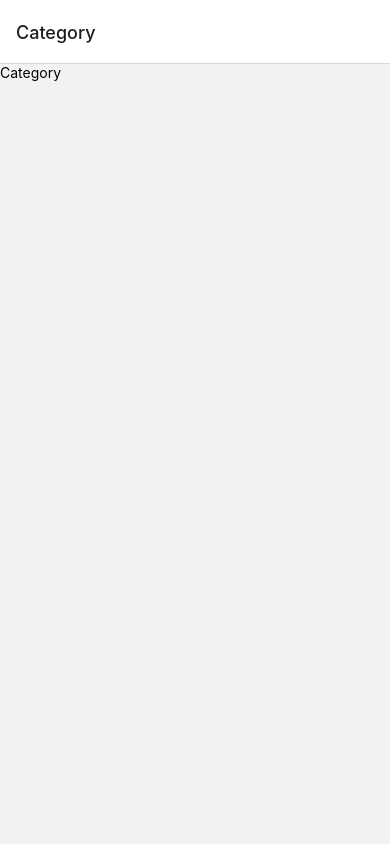
Repository: tammyluu/FullStack_Project
Screen: / (app in meals/)
An editor plug-in stored every save of this project. The screen is shown before and after a run of saves, followed by the edit.
The app was drawn by React Native's web renderer in a window 390 px wide. The project was rebuilt for these pictures with package versions that can differ from the ones it lists, and the page was loaded fresh each time. Also part of the build but not shown: meals/components/Home.js, meals/components/Detail.js.

Above is the screen before, as saved 2023-11-10 10:29:30.

After the next 7 saves:
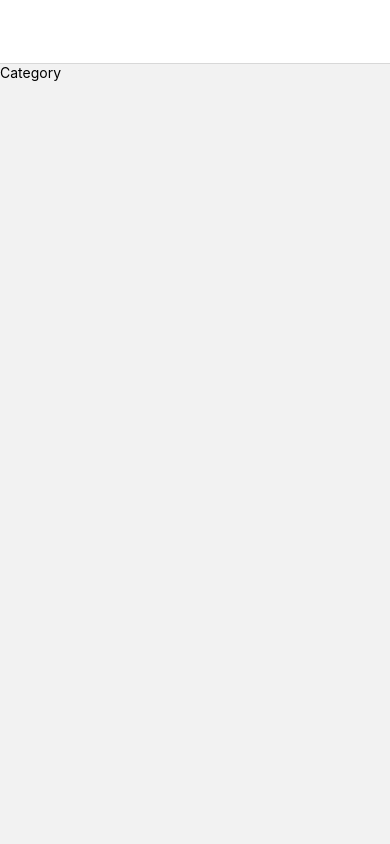
The 7 saves are shown as one change because they came seconds apart.
The last was saved 17 s later.
--- a/meals/App.js
+++ b/meals/App.js
@@ -11,7 +11,7 @@ export default function App() {
   return (
    <NavigationContainer>
      <Stack.Navigator initialRouteName='Home'>
-        <Stack.Screen name='Category' component={Category}/>
+        <Stack.Screen name='Category' component={Category} options={{title :""}}/>
         <Stack.Screen name='Detail' component={Detail}/>
      </Stack.Navigator>
    </NavigationContainer>
